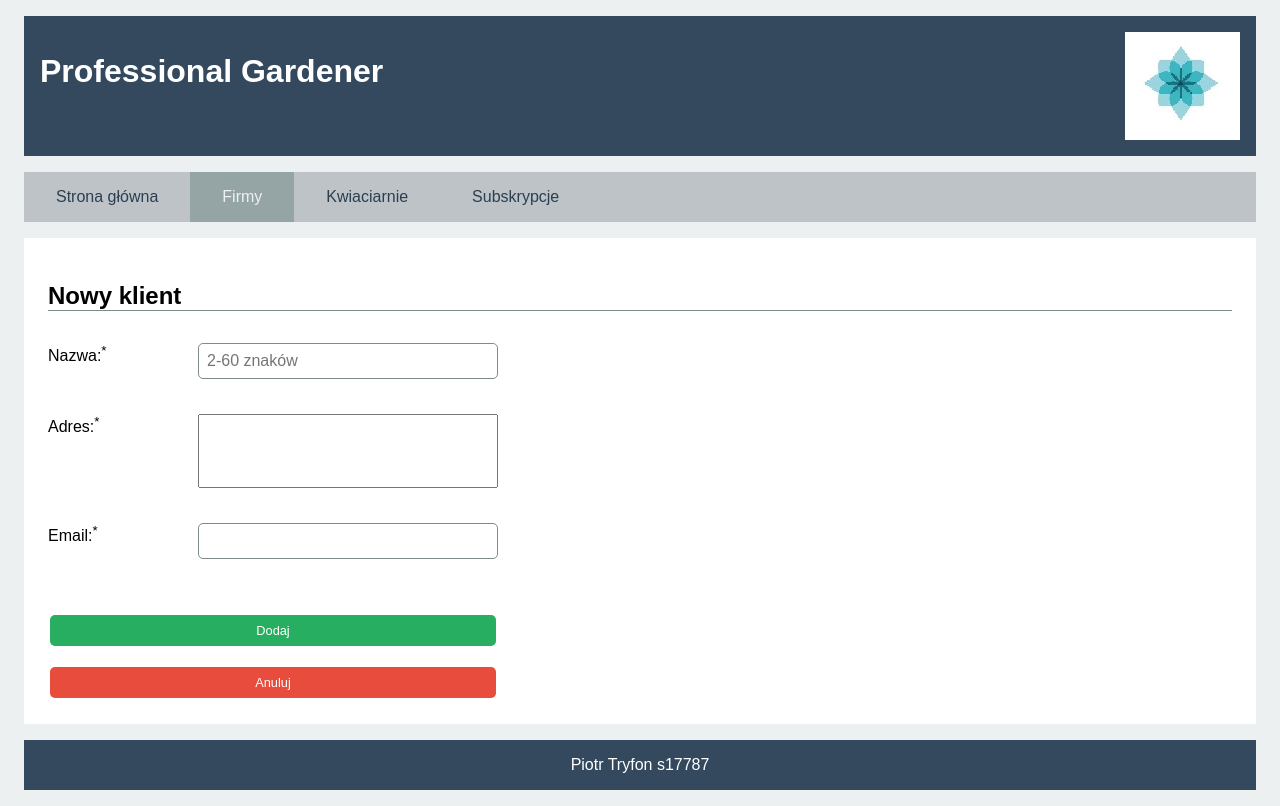
Repository: s17787/TIN
Page: tin_zaoczne_12_s17787_html-css/pages/client-form.html
These files come from the project's save history. The page is drawn as it stood at one moment and after the next save; the edit follows.
The browser window is 1280 px wide. The pictures show the whole page.

Above is the page before, as saved 2021-01-06 09:55:26.

### tin_zaoczne_12_s17787_html-css/pages/client-form.html
<!DOCTYPE html>
<html lang="pl-PL">
<head>
    <meta charset="UTF-8">
    <meta name="viewport" content="width=device-width, initial-scale=1.0">
    <title>Professional Gardener</title>
    <link rel="stylesheet" href="../css/style.css" type="text/css"/>
    <script type="application/javascript" src="js/validationCommon.js"></script>
</head>
<body>
    <header>
        <h1>Professional Gardener</h1>
        <img src="../images/logo.jpg" alt="Professional Gardener">
    </header>
    <nav>
        <ul>
            <li><a href="../index.html" >Strona główna</a></li>
            <li><a href="client-list.html" class="active">Firmy</a></li>
            <li><a href="florist-list.html" >Kwiaciarnie</a></li>
            <li><a href="subscription-list.html" >Subskrypcje</a></li>
        </ul>
    </nav>
    <main>
        <h2>Nowy klient</h2>
        <form class="form">
            <!--<div class="form-group">-->
                <label for="Name">Nazwa:<sup>*</sup></label>
                <input type="text" name="Name" id="Name" placeholder="2-60 znaków"/>
                <span id="errorName" class="errors-text"></span>
            <!--</div>-->
            <!--<div class="form-group">-->
                <label for="Adres">Adres:<sup>*</sup></label>
                <textarea type="text" name="Adres" id="Adres" rows="4" cols="10" style="resize: none;"></textarea>
                <span id="errorAdres" class="errors-text"></span>
            <!--</div>-->
            <!--<div class="form-group">-->
                <label for="email">Email:<sup>*</sup></label>
                <input type="email" name="email" id="email" />
                <span id="errorEmail" class="errors-text"></span>
            <!--</div>-->
            <!--<div class="form-buttons">-->
                <p id="errorsSummary" class="errors-text"></p>
                <p><a href="client-list.html" class="form-button-submit" >Dodaj</a></p>
                <p><a href="client-list.html" class="form-button-cancel" >Anuluj</a></p>
            <!--</div>  -->
        </form>
    </main>
    <footer>
        Piotr Tryfon s17787
    </footer>
</body>
</html>

### tin_zaoczne_12_s17787_html-css/css/style.css
html {
    background-color: #ecf0f1;
    font-family: sans-serif;
}

body {
    min-width: 360px;
  }

header,
main,
footer {
    background-color: white;
}

header,
main,
footer,
nav {
    margin: 1rem;
}

header,
footer {
    background-color: #34495e;
    color: white;
    padding: 1rem;
}

header {
    display: flex;
    justify-content: space-between;
}

nav {
    background-color: #bdc3c7;
}

nav ul {
    display: flex;
    padding: 0;
    list-style-type: none;
}

nav ul li a {
    display: inline-block;
    color: #2c3e50;
    padding: 1rem 2rem;
    text-decoration: none;
}

nav ul li a:hover {
    background-color: #d35400;
    color: #ecf0f1;
}

nav ul li a.active {
    background-color: #95a5a6;
    color: #ecf0f1;
}

main {
    padding: 1.5rem;
}

footer {
    text-align: center;
}

main h2 {
    border-bottom: 1px solid #7f8c8d;
    margin-bottom: 2rem;
}

.table-list {
    border-collapse: collapse;
    color:#2c3e50;
    width: 100%;
}

.table-list,
.table-list th,
.table-list td {
    border: 1px solid #bdc3c7;
}

.table-list th,
.table-list td {
    padding: 0.5rem;
}

.table-list th,
.table-list tbody tr:nth-child(even) {
    background-color: #ecf0f1;
}

.list-actions {
    margin: 0;
    text-align: center;
    list-style-type: none;
    padding: 0;
}

.list-actions li {
    display: inline-block;
    margin: 0.2em;
}

.list-actions-button-details,
.list-actions-button-edit,
.list-actions-button-delete {
    display: inline-block;
    width: 75px;
    padding: 0.25rem 0.5rem;
}

.list-actions-button-details,
.list-actions-button-edit,
.list-actions-button-delete,
.button-add,
.form-button-submit,
.form-button-cancel {
    border: none;
    border-radius: 5px;
    color: white;
    text-decoration: none;
    text-align: center;
    font-size: 0.8rem;
}

.list-actions-button-details,
.list-actions-button-edit {
    margin-right: 1rem;
}

.list-actions-button-details {
    background-color: #2980b9;
}
.list-actions-button-details:hover {
    background-color: #3498db;
}

.list-actions-button-edit {
    background-color: #f39c12;
}

.list-actions-button-edit:hover {
    background-color: #f1c40f;
}

.form-button-cancel,
.list-actions-button-delete {
    background-color: #c0392b;
}

.form-button-cancel,
.list-actions-button-delete:hover {
    background-color: #e74c3c;
}

.button-add,
.form-button-submit,
.form-button-cancel {
    padding: 0.5rem 1rem;
}

.button-add,
.form-button-submit {
    background-color: #27ae60;
}

.button-add:hover,
.form-button-submit:hover {
    background-color: #2ecc71;
}

button,
input,
select,
textarea {
    font-family: inherit;
    font-size: 100%;
    box-sizing: border-box;
    padding: 0; margin: 0;
}

textarea {
    overflow: auto;
}

.form {
    display: grid;
    grid-template-columns: 150px 300px;
    row-gap: 1rem;
}

.form select,
.form input[type="text"],
.form input[type="number"],
.form input[type="date"],
.form input[type="email"] {
    border: 1px solid #7f8c8d;
    color:#2c3e50;
    border-radius: 5px;
    padding: 0.5rem;
    width: 100%;
}

.form label {
    display: block;
    margin-bottom: 0.5em;
}

.form-group {
    margin-bottom: 1rem;
}

abbr[title='required'] {
    color: #c0392b;
}

.form p {
    grid-column-start: 1;
    grid-column-end: -1;
    margin: 0.1em;
}

.form span {
    grid-column-start: -2;
    grid-column-end: -1;
    margin: 0.1em;
}

.form-button-submit,
.form-button-cancel {
    width: 100%;
}

.form-button-submit,
.form-button-cancel {
    box-sizing: border-box;
    display: block;
}

.form-button-submit {
    margin-bottom: 0.1rem;
}

@media all and (max-width:720px) {
    header {
        flex-direction: column;
    }

    header h1 {
        text-align: center;
    }

    header img {
        align-self: center;
    }
}

@media all and (max-width: 400px) {
    body,
    nav,
    nav ul,
    header,
    main,
    footer {
        margin: 0;
    }
}

@media all and (max-width:720px) {
    nav ul {
        flex-wrap: wrap;
    }

    nav ul li {
        flex-basis: 50%;
        text-align: center;
    }

    nav ul li a {
        display: block;
    }
}

@media all and (max-width: 400px) {
    nav ul li {
        flex-basis: 100%;
    }
}

@media all and (max-width: 720px) {
    .form {
        grid-template-columns: 1fr;
        row-gap:unset;
        margin-left: unset;
        row-gap: 0.3rem;
    }

    .form input[type="text"],
    .form input[type="number"],
    .form input[type="date"],
    .form select {
        margin-bottom: 1rem;
    }
}

Loaded but not shown: tin_zaoczne_12_s17787_html-css/js/validationCommon.js (no stored copy; drawn as an empty file)

After the next save:
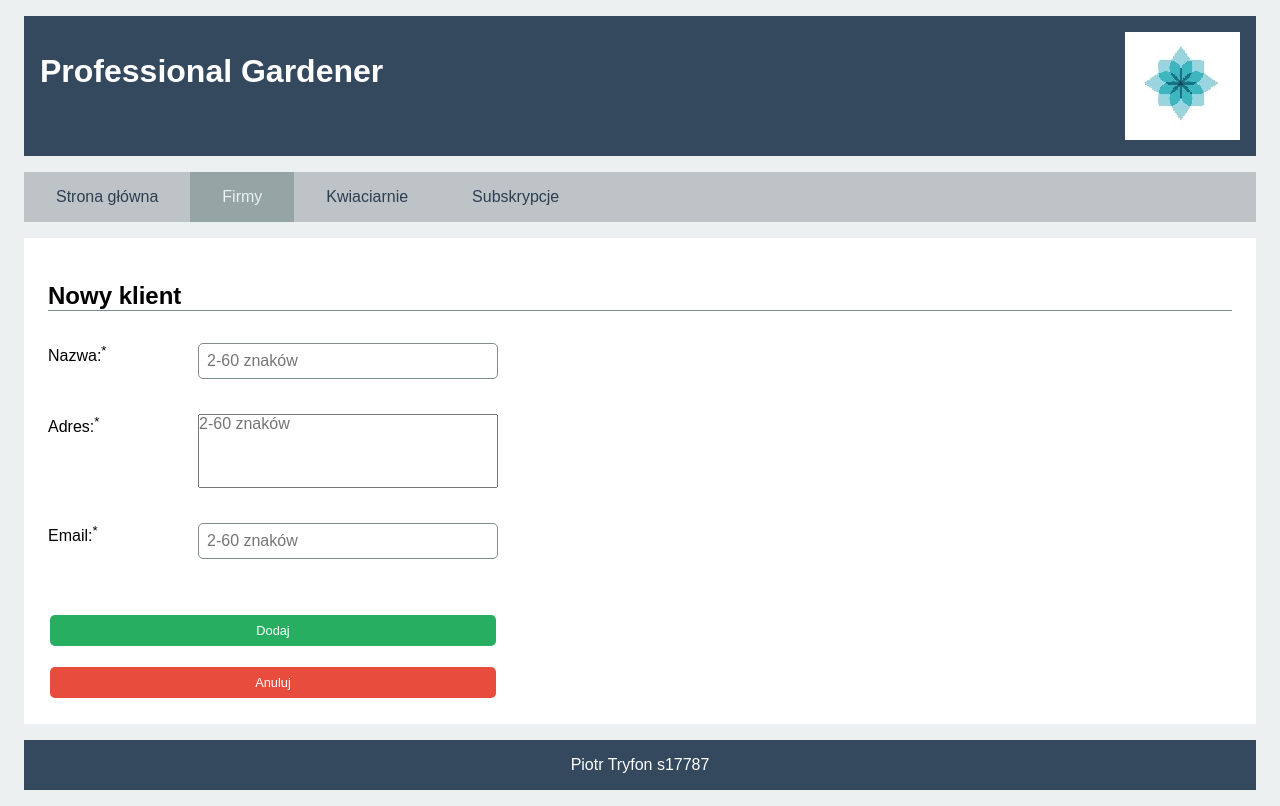
Saved 7 s later.
--- a/tin_zaoczne_12_s17787_html-css/pages/client-form.html
+++ b/tin_zaoczne_12_s17787_html-css/pages/client-form.html
@@ -30,12 +30,12 @@
             <!--</div>-->
             <!--<div class="form-group">-->
                 <label for="Adres">Adres:<sup>*</sup></label>
-                <textarea type="text" name="Adres" id="Adres" rows="4" cols="10" style="resize: none;"></textarea>
+                <textarea type="text" name="Adres" id="Adres" rows="4" cols="10" style="resize: none;" placeholder="2-60 znaków"></textarea>
                 <span id="errorAdres" class="errors-text"></span>
             <!--</div>-->
             <!--<div class="form-group">-->
                 <label for="email">Email:<sup>*</sup></label>
-                <input type="email" name="email" id="email" />
+                <input type="email" name="email" id="email" placeholder="2-60 znaków"/>
                 <span id="errorEmail" class="errors-text"></span>
             <!--</div>-->
             <!--<div class="form-buttons">-->
